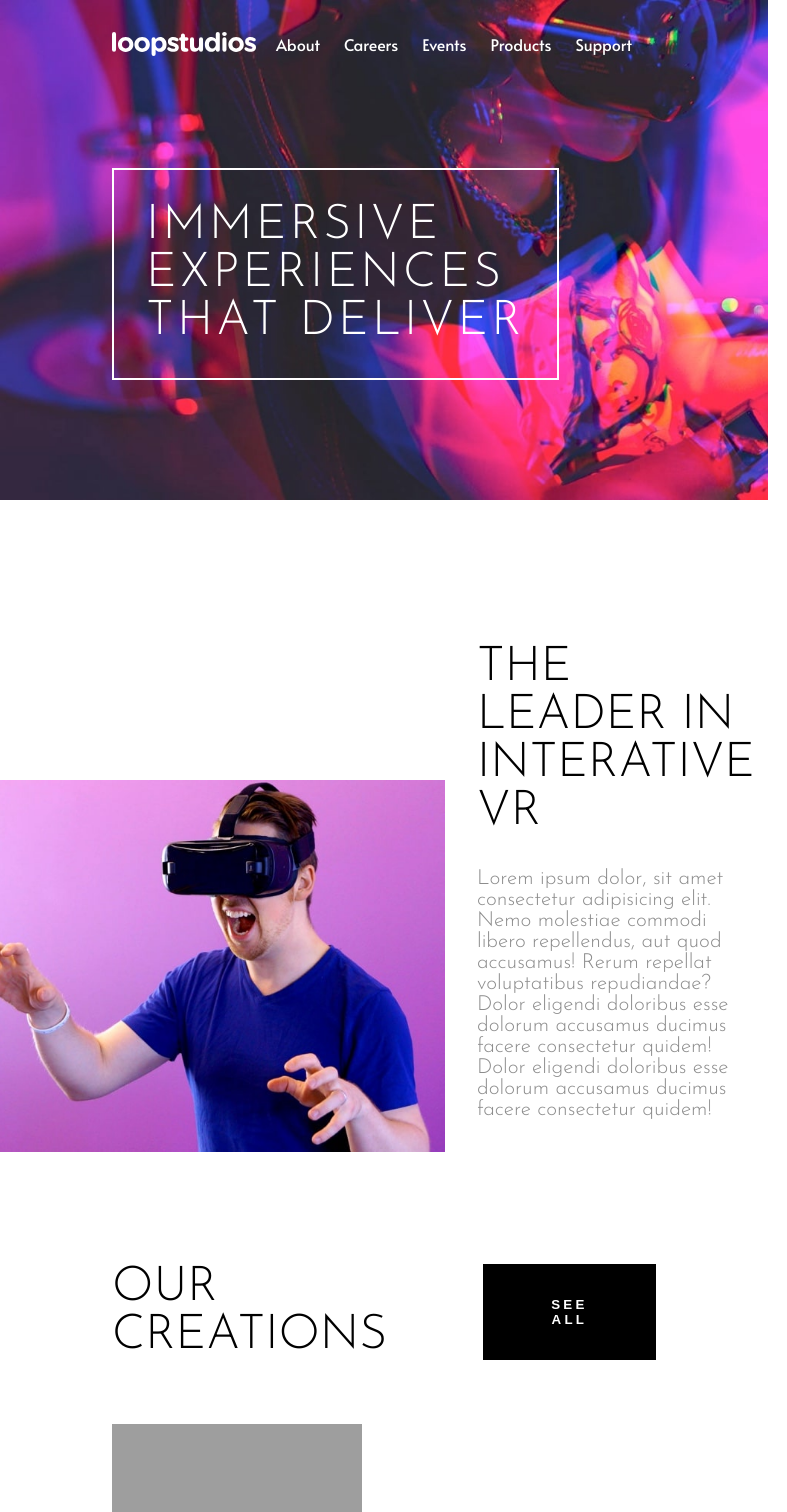
Repository: gligor99/loopstudios-fm
Page: /
These files come from the project's save history. The page is drawn as it stood at one moment and after the next save; the edit follows.
The browser window is 768 px wide. The page is 787 px wide, then 768 px, so the pictures cover 787 px, including what lies to the right of the window. The pictures show the part of the page from y = 0 to 1512 px (the page is 6187 px tall).
Pictures or frames that could not be fetched are drawn as grey boxes. Backgrounds fixed to the window are drawn as part of the page. The project was rebuilt for these pictures with package versions that can differ from the ones it lists, and the page was loaded fresh each time.

Above is the page before, as saved 2021-11-28 22:03:31.

### src/index.css
@import url("https://fonts.googleapis.com/css2?family=Alata&family=Josefin+Sans:wght@300&display=swap");

:root {
  --clr-white: hsl(0, 0%, 100%);
  --clr-black: hsl(0, 0%, 0%);
  --clr-dark-gray: hsl(0, 0%, 55%);
  --clr-very-dark-gray: hsl(0, 0%, 41%);
}

*,
::after,
::before {
  margin: 0;
  padding: 0;
  box-sizing: border-box;
}

body {
  font-family: "Alata", sans-serif;
  background: var(--clr-light-grayish-cyan);
  color: var(--clr-grey-1);
  font-size: 1rem;
}

### src/App.jsx
import About from "./components/About/About";
import Creations from "./components/Creations/Creations";
import Footer from "./components/Footer/Footer";
import Hero from "./components/Hero/Hero";
// import Navbar from "./components/Navbar/Navbar";


function App() {
  return (
    <div className="App">
      {/* <Navbar /> */}
      <Hero />
      <About />
      <Creations />
      <Footer />
    </div>
  );
}

export default App;

### src/components/About/About.jsx
import "./about.css";
import image from "../../assets/desktop/image-interactive.jpg";

const About = () => {
  return (
    <div className="about-container">
      <img className="image-interactive" src={image} alt="interactive.jpg" />
      <div className="about-content">
        <h1 className="about-title">The leader in <br />interative VR</h1>
        <p className="about-p">
          Lorem ipsum dolor, sit amet consectetur adipisicing elit. Nemo
          molestiae commodi libero repellendus, aut quod accusamus! Rerum
          repellat voluptatibus repudiandae? Dolor eligendi doloribus esse
          dolorum accusamus ducimus facere consectetur quidem! Dolor eligendi doloribus esse
          dolorum accusamus ducimus facere consectetur quidem!
        </p>
      </div>
    </div>
  );
};

export default About;

### src/components/Creations/Creations.jsx
import './creations.css'
import data from '../../data'
import Card from '../Card/Card';

const Creations = () => {
  return <div className="creation-container">
      <div className="creation-header">
          <h1 className="creation-title">
              Our Creations
          </h1>
          <button className="creation-btn">
              See All
          </button>
      </div>
      <div className="creation-cards">
          {data.map((item) => {
              return <Card key={item.id} item={item} />
          })}
      </div>
  </div>;
};

export default Creations;

### src/components/Footer/Footer.jsx
import "./footer.css";
import logo from "../../assets/logo.svg";
import fb from "../../assets/icon-facebook.svg";
import instagram from "../../assets/icon-instagram.svg";
import pinterest from "../../assets/icon-pinterest.svg";
import twittter from "../../assets/icon-twitter.svg";

const Footer = () => {
  return (
    <div className="footer-container">
      <div className="left-content">
        <img className="logo" src={logo} alt="footerLogo.svg" />
        <ul className="links">
          <li>
            <a href="/about">About</a>
          </li>
          <li>
            <a href="/careers">Careers</a>
          </li>
          <li>
            <a href="/events">Events</a>
          </li>
          <li>
            <a href="/products">Products</a>
          </li>
          <li>
            <a href="/support">Support</a>
          </li>
        </ul>
      </div>
      <div className="right-content">
        <div className="social">
          <img className='social-icon' src={fb} alt="fbIcon.svg" />
          <img className='social-icon' src={instagram} alt="instaIcon.svg" />
          <img className='social-icon'  src={pinterest} alt="pinterestIcon.svg" />
          <img className='social-icon' src={twittter} alt="twitterIcon.svg" />
        </div>
        <p className="copy">
          &copy;
          {`  ${new Date().getFullYear()} Loopstudios | All Rights Reserved`}
        </p>
      </div>
    </div>
  );
};

export default Footer;

### src/components/Hero/Hero.jsx
import React from "react";
import Navbar from "../Navbar/Navbar";
import "./hero.css";

const Hero = () => {
  return (
      <div className="container">
        <Navbar />
        <div className="container-content">
          <h1 className="title">
            Immersive <br /> experiences <br />
            that deliver
          </h1>
        </div>
      </div>
  );
};

export default Hero;

### src/components/About/about.css
.about-container {
  display: flex;
  justify-content: center;
  align-items: flex-end;
  margin: auto;
  padding: 7rem;
}

.image-interactive {
  height: 80%;
  z-index: -1;
}
.about-content {
  background-color: var(--clr-white);
  z-index: 1;
  height: 80%;
  padding: 4rem;
  margin-left: -10rem;
}

.about-title {
  font-family: "Josefin Sans", sans-serif;
  font-weight: 100;
  font-size: 3rem;
  text-transform: uppercase;
}

.about-p {
  color: var(--clr-dark-gray);
  font-family: "Josefin Sans", sans-serif;
  font-size: 1.3rem;
  padding-top: 2rem;
}

@media only screen and (max-width: 1300px) {
  .about-content {
    padding: 1rem;
    margin-left: -10rem;
  }
}
@media only screen and (max-width: 1210px) {
  .about-content {
    padding: 1rem;
    margin-left: -10rem;
  }
}
@media only screen and (max-width: 1110px) {
  .about-content {
    padding: 0.5rem;
    margin-left: -15rem;
  }
}
@media only screen and (max-width: 850px) {
.image-interactive {
   width: 100%;
}
.about-content {
  background-color: var(--clr-white);
  z-index: 1;
  height: 50%;
  padding: 2rem;
  margin-left: -5rem;
}
}

### src/components/Creations/creations.css
.creation-header {
  display: flex;
  flex-direction: row;
  justify-content: space-between;
  padding-left: 7rem;
  padding-right: 7rem;
  padding-bottom: 2rem;
}

.creation-title {
  font-family: "Josefin Sans", sans-serif;
  font-size: 3rem;
  text-transform: uppercase;
  font-weight: 100;
}

.creation-btn {
  border: none;
  background-color: var(--clr-black);
  border: 2px solid black;
  color: var(--clr-white);
  text-transform: uppercase;
  padding: 0 3rem 0 3rem;
  cursor: pointer;
  font-weight: 700;
  letter-spacing: 0.2rem;
  transition: 0.2s ease-in;
}
.creation-btn:hover {
  background-color: var(--clr-white);
  color: var(--clr-black);
  border: 2px solid black;
}

.creation-cards {
  padding: 0 5rem 0 5rem;
  display: flex;
  justify-content: space-between;
  flex-wrap: wrap;
  width: 100%;
}

### src/data.js
const data = [
  {
    id: 1,
    title: "Deep Earth",
    img: "https://i.ibb.co/mtd0XJx/image-deep-earth.jpg",
  },
  {
    id: 2,
    title: "Night  Arcade",
    img: "https://i.ibb.co/5Wcqskt/image-night-arcade.jpg",
  },
  {
    id: 3,
    title: "Soccer Team VR",
    img: "https://i.ibb.co/fFDbQDR/image-soccer-team.jpg",
  },
  {
    id: 4,
    title: "The Grid",
    img: "https://i.ibb.co/r59dNbs/image-grid.jpg",
  },
  {
    id: 5,
    title: "From up Above VR",
    img: "https://i.ibb.co/PYK37pW/image-from-above.jpg",
  },
  {
    id: 6,
    title: "Pocket Borealis",
    img: "https://i.ibb.co/9hsnGFt/image-pocket-borealis.jpg",
  },
  {
    id: 7,
    title: "The curiosity",
    img: "https://i.ibb.co/fQZHkXQ/image-curiosity.jpg",
  },
  {
    id: 8,
    title: "Make it fisheye",
    img: "https://i.ibb.co/D506TGt/image-fisheye.jpg",
  },
];

export default data;

### src/components/Card/Card.jsx
import "./card.css";

const Card = ({ item }) => {
  return (
    <div
      className="card-container"
      style={{
        backgroundImage: `url(${item.img})`,
        backgroundRepeat: "no-repeat",
        height: "500px",
        width: '250px'
      }}
    >
      <h4 className="card-title">{item.title}</h4>
    </div>
  );
};

export default Card;

### src/components/Footer/footer.css
.footer-container {
  background-color: var(--clr-black);
  padding: 3rem 7rem 3rem 7rem;
  display: flex;
  justify-content: space-between;
  align-items: center;
}
.copy {
  color: var(--clr-dark-gray);
  font-family: "Josefin Sans", sans-serif;
  font-size: 1.1rem;
  font-weight: 700;
}

.links {
  padding-top: 2rem;
}

.right-content {
  display: flex;
  flex-direction: column;
  justify-content: flex-end;
}

.social {
  padding-bottom: 2rem;
  text-decoration: none;
  display: flex;
  justify-content: flex-end;
}
.social-icon {
  padding-left: 2rem;
}

@media only screen and (max-width: 850px) {
  .footer-container {
    flex-direction: column;
    justify-content: center;
  }

  .social {
    padding-top: 2rem;
    justify-content: center;
  }
  .copy{
    text-align: center;
  }
}

### src/components/Navbar/Navbar.jsx
import logo from "../../assets/logo.svg";
import "./navbar.css";

const Navbar = () => {
  return (
    <div className="wrapper">
      <img src={logo} alt="logo.svg" />
      <ul>
        <li>
          <a href="/about">About</a>
        </li>
        <li>
          <a href="/careers">Careers</a>
        </li>
        <li>
          <a href="/events">Events</a>
        </li>
        <li>
          <a href="/products">Products</a>
        </li>
        <li>
          <a href="/support">Support</a>
        </li>
      </ul>
    </div>
  );
};

export default Navbar;

### src/components/Hero/hero.css
.container {
  background: url("../../assets/desktop/image-hero.jpg");
  background-repeat: no-repeat;
  background-attachment: fixed;
  background-size: cover;
  height: 500px;
}
.container-content {
  display: flex;
  margin-top: 5rem;
  margin-left: 7rem;
}

.title {
  border: 2px solid var(--clr-white);
  padding: 2rem;
  text-transform: uppercase;
  font-family: "Josefin Sans", sans-serif;
  font-size: 3rem;
  font-weight: 100;
  letter-spacing: 0.2rem;
  color: white;
}

### src/components/Card/card.css
.card-container {
  position: relative;
  margin: 2rem;
  transition: 0.2s ease-in;
  cursor: pointer;
}

.card-container:hover {
  opacity: 50%;
  color: var(--clr-black);
}

.card-title {
  position: absolute;
  bottom: 3rem;
  text-transform: uppercase;
  font-family: "Josefin Sans", sans-serif;
  font-weight: 100;
  font-size: 2rem;
  color: var(--clr-white);
  padding: 2rem;
  width: 100%;
}

### src/components/Navbar/navbar.css
.wrapper {
  display: flex;
  flex-direction: row;
  justify-content: space-between;
  align-items: center;
  margin: auto;
  padding: 2rem 7rem 2rem 7rem;
  background-color: transparent;
}
img {
  height: 1.5rem;
}
ul {
  display: flex;
  flex-wrap: nowrap;
  justify-content: space-evenly;
}
li {
  list-style-type: none;
  padding-right: 1.5rem;
}
a {
  position: relative;
  display: inline-block;
  text-decoration: none;
  color: var(--clr-white);
}
a:after {
  content: "";
  position: absolute;
  left: 0;
  top: 100%;
  width: 0;
  height: 1.8px;
  background-color: var(--clr-white);
  transition: width 0.2s ease-in-out;
}
a:hover:after {
  width: 100%;
}

Loaded but not shown: public/index.html (common file); src/index.jsx (common file)

After the next save:
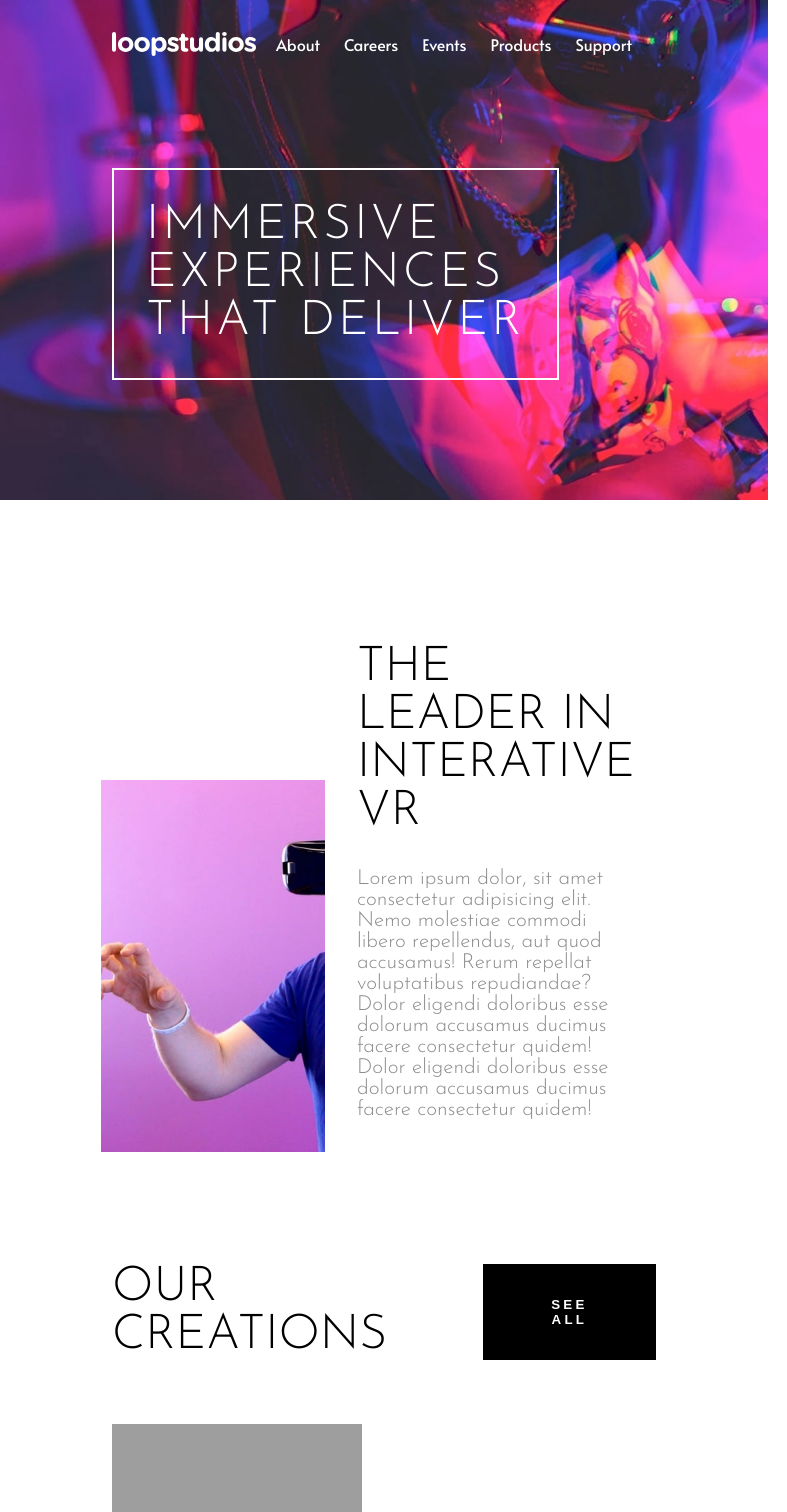
Saved 6 s later.
--- a/src/components/About/about.css
+++ b/src/components/About/about.css
@@ -59,6 +59,6 @@
   z-index: 1;
   height: 50%;
   padding: 2rem;
-  margin-left: -5rem;
+  margin-left: -20rem;
 }
 }
